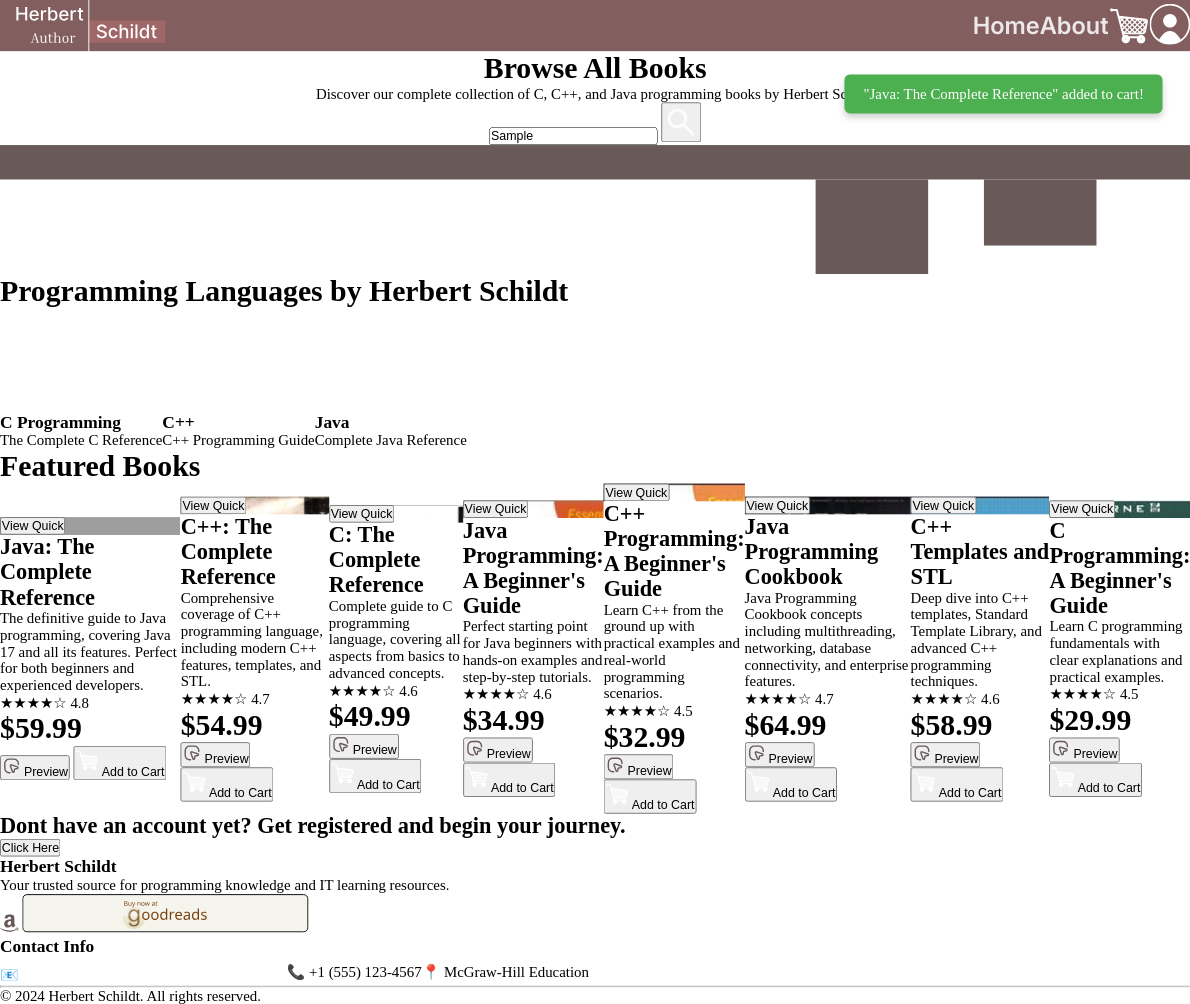
Repository: Darkrepo23/Author-Website-
Page: browse-book.html
An editor plug-in stored every save of this project. The page is shown before and after the next save, followed by the edit.
The browser window is 1280 px wide. The pictures show the whole page, at 93% of full size.
Empty fields were first filled with sample values (such as "Sample", 5 or name@example.com).
After loading, the first visible `button.addToCartBtn` was clicked once.
Pictures or frames that could not be fetched are drawn as grey boxes.

Above is the page before, as saved 2025-09-02 15:52:44.

After the next save:
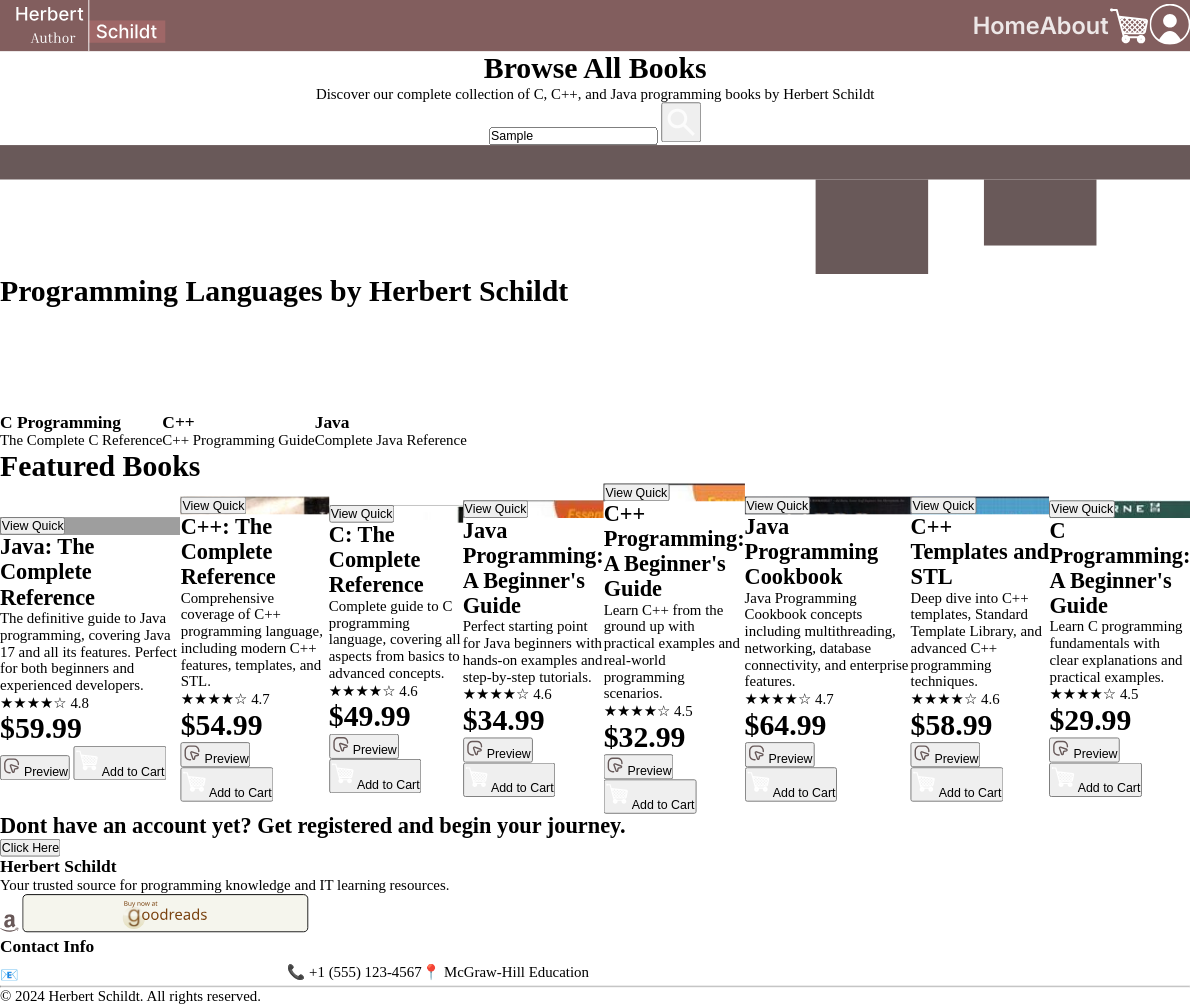
Saved 12 min 56 s later.
--- a/browse-book.html
+++ b/browse-book.html
@@ -255,18 +255,18 @@
 
 
 
-       function hideBannerIfLoggedIn() {
-    const currentUser = JSON.parse(localStorage.getItem('currentUser'));
-    const banner = document.querySelector('.banner-post');
-
-    if (!banner) return; // make sure the element exists
-
-    if (currentUser) {
-        banner.style.display = 'none'; // hide if logged in
-    } else {
-        banner.style.removeProperty('display'); // restore original CSS
-    }
-}
+            function hideBannerIfLoggedIn() {
+                const currentUser = JSON.parse(localStorage.getItem('currentUser'));
+                const banner = document.querySelector('.banner-post');
+
+                if (!banner) return; // make sure the element exists
+
+                if (currentUser) {
+                    banner.style.display = 'none'; // hide if logged in
+                } else {
+                    banner.style.removeProperty('display'); // restore original CSS
+                }
+            }
             // Call it when the DOM is ready
 
 
@@ -391,33 +391,43 @@
                 }
             }
 
-            function addToCart(button) {
-                const bookItem = button.closest("li");
-                const title = bookItem.querySelector(".bookTitle").innerText.trim();
-                const priceText = bookItem.querySelector(".pricetag").innerText.trim();
-                const price = parseFloat(priceText.replace("$", ""));
-                const image = bookItem.querySelector(".img-book img")?.src || "img/books/placeholder.jpg";
-
-                // Get current cart
-                let cart = JSON.parse(localStorage.getItem("bookCart")) || [];
-
-                // Check if book already in cart
-                const existing = cart.find(item => item.title === title);
-                if (existing) {
-                    alert("This book is already in your cart!");
-                    return;
-                }
-
-                // Add book to cart
-                cart.push({ title, price, image });
-                localStorage.setItem("bookCart", JSON.stringify(cart));
-
-                // Show notification
-                showCartNotification(title);
-
-                // Re-render cart
-                renderCart();
-            }
+   function addToCart(button) {
+    const bookItem = button.closest("li");
+    const title = bookItem.querySelector(".bookTitle").innerText.trim();
+    const priceText = bookItem.querySelector(".pricetag").innerText.trim();
+    const price = parseFloat(priceText.replace("$", ""));
+    const image = bookItem.querySelector(".img-book img")?.src || "img/books/placeholder.jpg";
+
+    // Get currentUser and users
+    const currentUser = JSON.parse(localStorage.getItem("currentUser"));
+    let users = JSON.parse(localStorage.getItem("users")) || [];
+
+    if (!currentUser || users.length === 0) return alert("No user logged in!");
+
+    // Find user in users array
+    const userIndex = users.findIndex(u => u.email === currentUser[0].email);
+    if (userIndex === -1) return alert("User not found!");
+
+    const user = users[userIndex];
+
+    // Check if book already in user's cart
+    const existing = user.cart.find(item => item.title === title);
+    if (existing) return alert("This book is already in your cart!");
+
+    // Add book to user's cart
+    user.cart.push({ title, price, image });
+
+    // Update users and currentUser in localStorage
+    users[userIndex] = user;
+    localStorage.setItem("users", JSON.stringify(users));
+    localStorage.setItem("currentUser", JSON.stringify([user]));
+
+    // Show notification
+    showCartNotification(title);
+
+    // Re-render cart
+    renderCart();
+}
 
             // Function to show cart notification
             function showCartNotification(title) {
